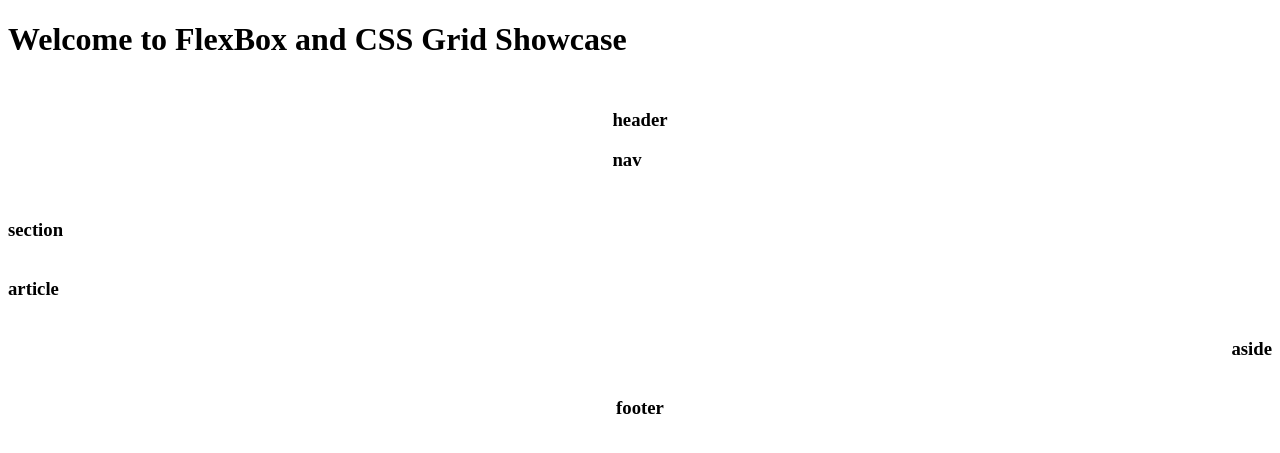
Repository: Awhit-commits/CSS_GRID_AND_FLEXBOX_LESSON
Page: index.html
The author's editor kept a copy of each file at every save. The page is drawn from the files as they stood at one save, then again after the next save.
The browser window is 1280 px wide. The pictures show the whole page.

Above is the page before, as saved 2020-12-21 17:45:26.

### index.html
<!DOCTYPE html>
<html lang="en">

<head>
    <meta charset="UTF-8">
    <meta name="viewport" content="width=device-width, initial-scale=1.0">
    <title>Document</title>
    <link rel="stylesheet" href="style.css">
</head>

<body>
    <h1>Welcome to FlexBox and CSS Grid Showcase</h1>
    <div class="containerFlex">
        <div class="headerArea">
        <div class="header">
            <h3>header</h3>

        </div>
        <div class="nav">
            <h3>nav</h3>
        </div>
        </div>
        <div class="main">
            <div class="section">
                <h3>section</h3>
            </div>
            <div class="article">
                <h3>article</h3>
            </div>
        </div>
        <div class="aside">
            <h3>aside</h3>
        </div>
        <div class="footer">
            <h3>footer</h3>
        </div>
    </div>
    <script src="script.js"></script>
</body>

</html>

### style.css
.containerFlex {
    display: flex;
    flex-direction: column;
    flex-wrap: nowrap;
    justify-content: space-between;
    /* text-align: center; */
}

.main{
    display:flex;
    flex-direction: column;
    justify-content: flex-start;
    flex: 1 auto;
}
.headerArea{
    /* display: flex; */
    align-self: center;
    flex-direction: column;
    /* justify-content:center */
    margin: 10px;
}
.header{
    flex: 1 1 auto;
}

.nav{
    flex: 1 auto;
}
.aside{
    /* display: flex; */
    align-self:flex-end;
    /* align-items:center; */
    /* text-align: center; */


}

.footer{
    display: flex;
    align-items: center;
    flex-direction: column;
}

### script.js
console.log(`Hello World`);

After the next save:
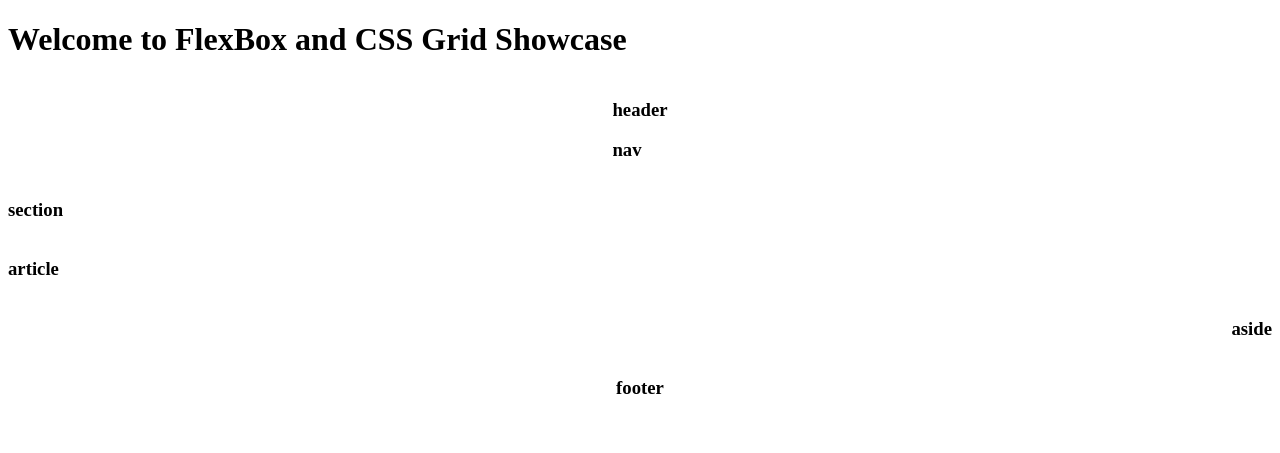
Saved 12 s later.
--- a/style.css
+++ b/style.css
@@ -17,7 +17,7 @@
     align-self: center;
     flex-direction: column;
     /* justify-content:center */
-    margin: 10px;
+
 }
 .header{
     flex: 1 1 auto;
